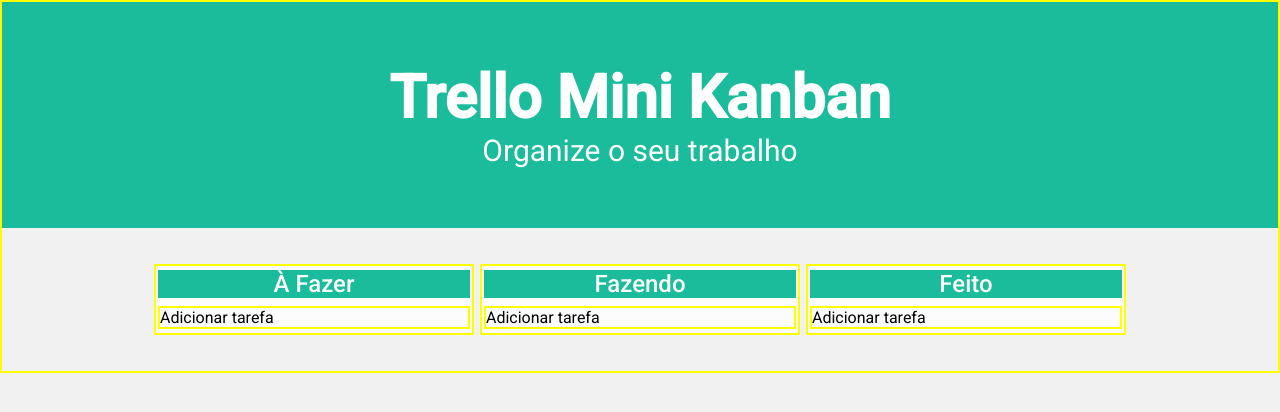
Repository: douglasabnovato/byteclass
Page: trello-mini-kanban/index.html
These files come from the project's save history. The page is drawn as it stood at one moment and after the next save; the edit follows.
The browser window is 1280 px wide. The pictures show the whole page.

Above is the page before, as saved 2025-07-31 21:15:43.

After the next save:
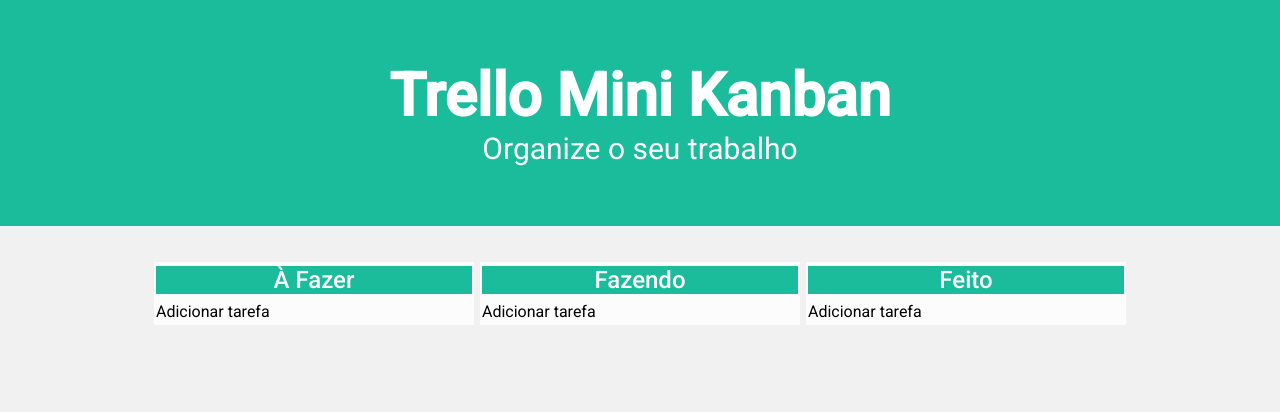
Saved 6 s later.
--- a/trello-mini-kanban/style.css
+++ b/trello-mini-kanban/style.css
@@ -42,22 +42,6 @@
   text-align: center;
   font-size: 24px;
   font-weight: 500;
-}
-
-div {
-    border: 2px solid yellow;
-}
-
-.a {
-    border: 2px solid red;
-}
-
-.b {
-    border: 2px solid blue;
-}
-
-.c {
-    border: 2px solid blueviolet;
 }
 
 /*
